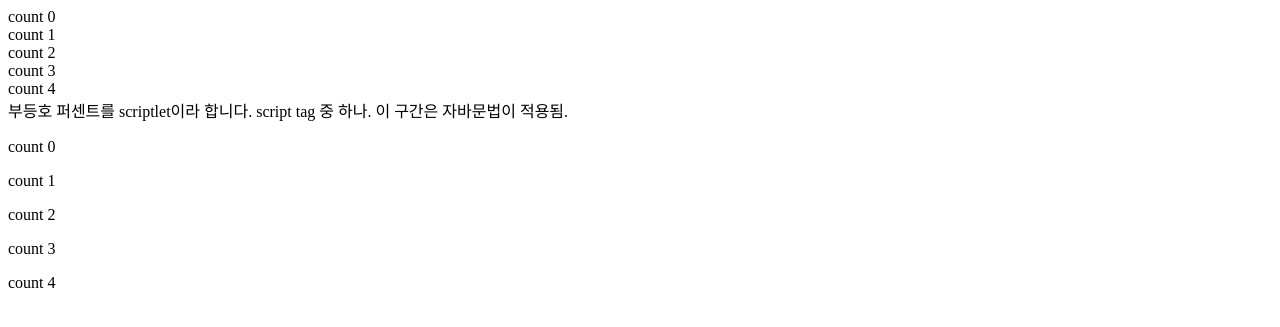
Repository: Sanetuk/jspprojects
Page: http://localhost/myweb/scripttest.jsp
An editor plug-in stored every save of this project. The page is shown before and after the next save, followed by the edit.
The browser window is 1280 px wide. The pictures show the whole page.
The page is served by Tomcat 9.

Above is the page before, as saved 2024-08-06 06:29:08.

After the next save:
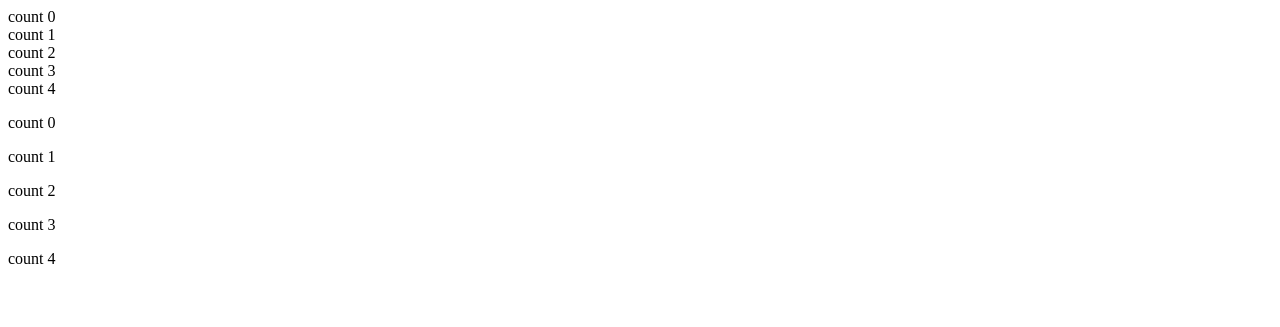
Saved 6 min 0 s later.
--- a/myweb/src/main/webapp/scripttest.jsp
+++ b/myweb/src/main/webapp/scripttest.jsp
@@ -13,7 +13,6 @@
 		}
 	%>
 
-	부등호 퍼센트를 scriptlet이라 합니다. script tag 중 하나. 이 구간은 자바문법이 적용됨.
 	<%
 		for(int i=0;i<5;i++) {
 			out.println("<p>count " + i + "</p>");
